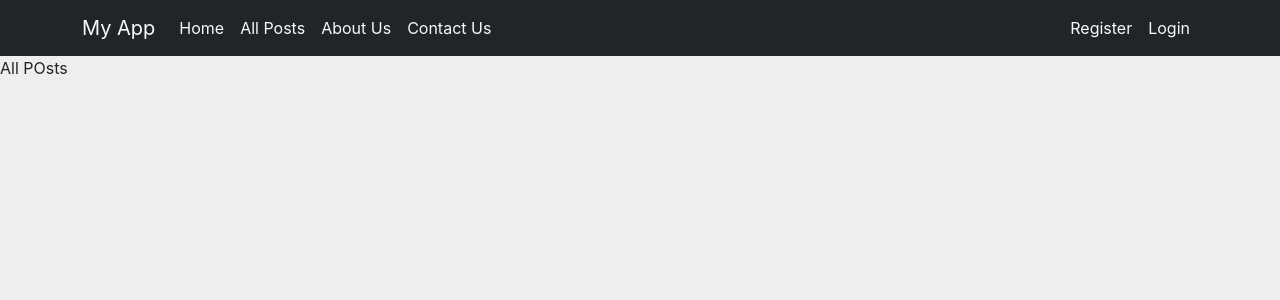
Repository: HiteshKumarMeghwar/react-redux-golang-mysql
Page: /all_posts (app in react-redux/)
The author's editor kept a copy of each file at every save. The page is drawn from the files as they stood at one save, then again after the next save.
The browser window is 1280 px wide. The pictures show the whole page.
Some web libraries are served in a nearby version. The project was rebuilt for these pictures with package versions that can differ from the ones it lists, and the page was loaded fresh each time. Also part of the build but not shown: react-redux/webpack.config.js, react-redux/src/App.css, react-redux/src/components/Login.js, react-redux/src/components/Register.js, react-redux/src/components/Dashboard.js, react-redux/src/components/AboutUs.js, react-redux/src/components/ContactUs.js.

Above is the page before, as saved 2023-03-16 11:08:40.

### react-redux/public/index.html
<!DOCTYPE html>
<html lang="en">
  <head>
    <meta charset="utf-8" />
    <link rel="icon" href="%PUBLIC_URL%/favicon.ico" />
    <meta name="viewport" content="width=device-width, initial-scale=1" />
    <meta name="theme-color" content="#000000" />
    <meta
      name="description"
      content="Web site created using create-react-app"
    />
    <link rel="apple-touch-icon" href="%PUBLIC_URL%/logo192.png" />
    <!--
      manifest.json provides metadata used when your web app is installed on a
      user's mobile device or desktop. See https://developers.google.com/web/fundamentals/web-app-manifest/
    -->
    <link rel="manifest" href="%PUBLIC_URL%/manifest.json" />
  <link href="https://cdn.jsdelivr.net/npm/bootstrap@5.0.2/dist/css/bootstrap.min.css" rel="stylesheet" integrity="sha384-EVSTQN3/azprG1Anm3QDgpJLIm9Nao0Yz1ztcQTwFspd3yD65VohhpuuCOmLASjC" crossorigin="anonymous">
  <link rel="stylesheet" href="https://cdnjs.cloudflare.com/ajax/libs/font-awesome/6.3.0/css/all.min.css" integrity="sha512-SzlrxWUlpfuzQ+pcUCosxcglQRNAq/DZjVsC0lE40xsADsfeQoEypE+enwcOiGjk/bSuGGKHEyjSoQ1zVisanQ==" crossorigin="anonymous" referrerpolicy="no-referrer" />
    <link href="https://cdn.jsdelivr.net/npm/bootstrap@5.0.0-beta1/dist/css/bootstrap.min.css" />
    <link href="https://cdn.jsdelivr.net/npm/bootstrap@5.0.0-beta1/dist/js/bootstrap.bundle.min.js" />
    <link href="https://cdnjs.cloudflare.com/ajax/libs/jquery/3.2.1/jquery.min.js" />
    <link href="https://cdnjs.cloudflare.com/ajax/libs/font-awesome/4.7.0/css/font-awesome.min.css" />
    <!--
      Notice the use of %PUBLIC_URL% in the tags above.
      It will be replaced with the URL of the `public` folder during the build.
      Only files inside the `public` folder can be referenced from the HTML.

      Unlike "/favicon.ico" or "favicon.ico", "%PUBLIC_URL%/favicon.ico" will
      work correctly both with client-side routing and a non-root public URL.
      Learn how to configure a non-root public URL by running `npm run build`.
    -->
    <title>React App</title>
  </head>
  <body>
    <noscript>You need to enable JavaScript to run this app.</noscript>
    <div id="root"></div>
    <!--
      This HTML file is a template.
      If you open it directly in the browser, you will see an empty page.

      You can add webfonts, meta tags, or analytics to this file.
      The build step will place the bundled scripts into the <body> tag.

      To begin the development, run `npm start` or `yarn start`.
      To create a production bundle, use `npm run build` or `yarn build`.
    -->
    <script src="https://cdn.jsdelivr.net/npm/bootstrap@5.0.2/dist/js/bootstrap.bundle.min.js" integrity="sha384-MrcW6ZMFYlzcLA8Nl+NtUVF0sA7MsXsP1UyJoMp4YLEuNSfAP+JcXn/tWtIaxVXM" crossorigin="anonymous"></script>
  </body>
</html>

### react-redux/src/App.js
import React from 'react'
import './App.css'
import Nav from './navbar/Nav'
import { BrowserRouter, Route, Routes } from 'react-router-dom';
import Login from './components/Login'
import Register from './components/Register'
import Dashboard from './components/Dashboard'
import AllPosts from './components/AllPosts'
import AboutUs from './components/AboutUs'
import ContactUs from './components/ContactUs'

const App = () => {
  return (
    <>
      <BrowserRouter>
        <Nav />
        <Routes>
          <Route exact path='/' Component={Dashboard} />
          <Route exact path='/login' Component={Login} />
          <Route exact path='/register' Component={Register} />
          <Route exact path='/all_posts' Component={AllPosts} />
          <Route exact path='/about_us' Component={AboutUs} />
          <Route exact path='/contact_us' Component={ContactUs} />
        </Routes>
      </BrowserRouter>
    </>
  )
}

export default App

### react-redux/src/navbar/Nav.js
import React from 'react'
import { Link } from 'react-router-dom';

const Nav = () => {
    return (
        <>
        <nav className="navbar navbar-expand-lg navbar-light bg-dark">
            <div className="container">
                <Link className="navbar-brand text-light" to="/">My App</Link>
                <div className="collapse navbar-collapse">
                    <ul className="navbar-nav me-auto mb-2 mb-lg-0">
                        <li className="nav-item">
                            <Link className="nav-link text-light" to="/">Home</Link>
                        </li>
                        <li className="nav-item">
                            <Link className="nav-link text-light" to="/all_posts">All Posts</Link>
                        </li>
                        <li className="nav-item">
                            <Link className="nav-link text-light" to="/about_us">About Us</Link>
                        </li>
                        <li className="nav-item">
                            <Link className="nav-link text-light" to="/contact_us">Contact Us</Link>
                        </li>
                    </ul>
                </div>
                <div id="navbarSupportedContent" className='float-end'>
                    <ul className="navbar-nav me-auto mb-2 mb-lg-0">
                        <li className="nav-item">
                            <Link className="nav-link text-light" to="/register">Register</Link>
                        </li>
                        <li className="nav-item">
                            <Link className="nav-link text-light" to="/login">Login</Link>
                        </li>
                    </ul>
                </div>
            </div>
        </nav>
        </>
    )
}

export default Nav

### react-redux/src/components/AllPosts.js
import React from 'react'

const AllPosts = () => {
  return (
    <div>
      All POsts
    </div>
  )
}

export default AllPosts

### react-redux/src/css/ProfileCss.css
body{
    background:#eee;
}

.card{
    border:none;

    position:relative;
    overflow:hidden;
    border-radius:8px;
    cursor:pointer;
}

.card:before{

    content:"";
    position:absolute;
    left:0;
    top:0;
    width:4px;
    height:100%;
    background-color:#E1BEE7;
    transform:scaleY(1);
    transition:all 0.5s;
    transform-origin: bottom
}

.card:after{

    content:"";
    position:absolute;
    left:0;
    top:0;
    width:4px;
    height:100%;
    background-color:#8E24AA;
    transform:scaleY(0);
    transition:all 0.5s;
    transform-origin: bottom
}

.card:hover::after{
    transform:scaleY(1);
}


.fonts{
    font-size:11px;
}

.social-list{
    display:flex;
    list-style:none;
    justify-content:center;
    padding:0;
}

.social-list li{
    padding:10px;
    color:#8E24AA;
    font-size:19px;
}


.buttons button:nth-child(1){
       border:1px solid #8E24AA !important;
       color:#8E24AA;
       height:40px;
}

.buttons button:nth-child(1):hover{
       border:1px solid #8E24AA !important;
       color:#fff;
       height:40px;
       background-color:#8E24AA;
}

.buttons button:nth-child(2){
       border:1px solid #8E24AA !important;
       background-color:#8E24AA;
       color:#fff;
        height:40px;
}

Loaded but not shown: react-redux/src/index.js (common file); react-redux/src/index.css (common file); react-redux/src/reportWebVitals.js (common file)

After the next save:
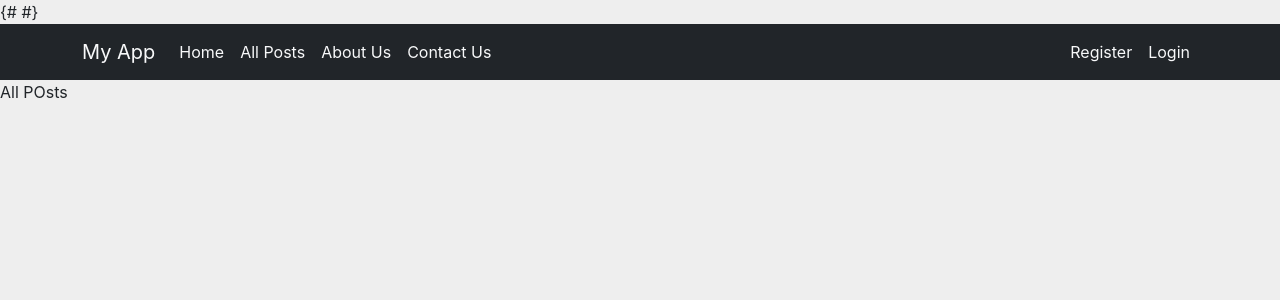
Saved 48 s later.
--- a/react-redux/public/index.html
+++ b/react-redux/public/index.html
@@ -20,7 +20,7 @@
     <link href="https://cdn.jsdelivr.net/npm/bootstrap@5.0.0-beta1/dist/css/bootstrap.min.css" />
     <link href="https://cdn.jsdelivr.net/npm/bootstrap@5.0.0-beta1/dist/js/bootstrap.bundle.min.js" />
     <link href="https://cdnjs.cloudflare.com/ajax/libs/jquery/3.2.1/jquery.min.js" />
-    <link href="https://cdnjs.cloudflare.com/ajax/libs/font-awesome/4.7.0/css/font-awesome.min.css" />
+    {# <link href="https://cdnjs.cloudflare.com/ajax/libs/font-awesome/4.7.0/css/font-awesome.min.css" /> #}
     <!--
       Notice the use of %PUBLIC_URL% in the tags above.
       It will be replaced with the URL of the `public` folder during the build.
